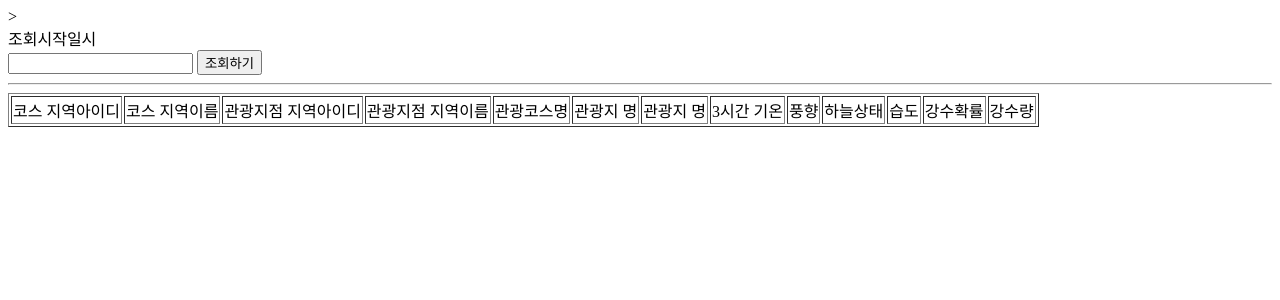
Repository: jeehui/JSPStudy
Page: http://localhost/OPENAPI_PRAC/tour/tour.jsp
The author's editor kept a copy of each file at every save. The page is drawn from the files as they stood at one save, then again after the next save.
The browser window is 1280 px wide. The pictures show the whole page.
The page is served by Tomcat 9.

Above is the page before, as saved 2022-05-04 06:29:09.
Console error: SyntaxError: Unexpected string

After the next save:
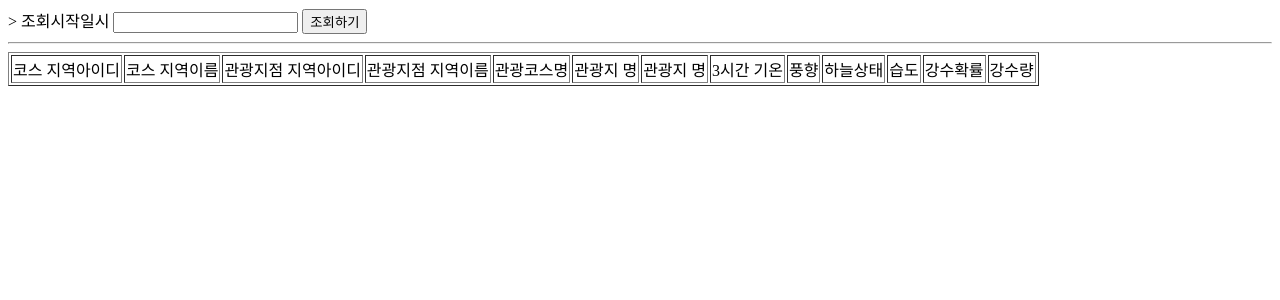
Saved 7 min 41 s later.
--- a/OPENAPI_PRAC/src/main/webapp/tour/tour.jsp
+++ b/OPENAPI_PRAC/src/main/webapp/tour/tour.jsp
@@ -12,15 +12,12 @@
 
 	$(documoent).ready(function(){
 		fnTourStnInfoSvc();
-	})
-
-	$(document).ready(function(){
-
 		$('#currenDate').datepicker({
 		'showOn': 'focus' // both
 		'dateFormat': 'yymmdd'
 		})
 	})
+
 
 	function fnTourStnInfoSvc(){
 		$('#btn_tour').on('click', funtion(){
@@ -56,8 +53,11 @@
 </head>
 <body>
 
-	<div>조회시작일시</div>
-	<input type="text" id="cureentDate" name="currentDate">
+
+	<label for="current">
+		조회시작일시
+		<input type="text" id="currentDate" name="currentDate">
+	</label>
 	<input type="button" value="조회하기" id="btn_tour">
 
 	<hr>
